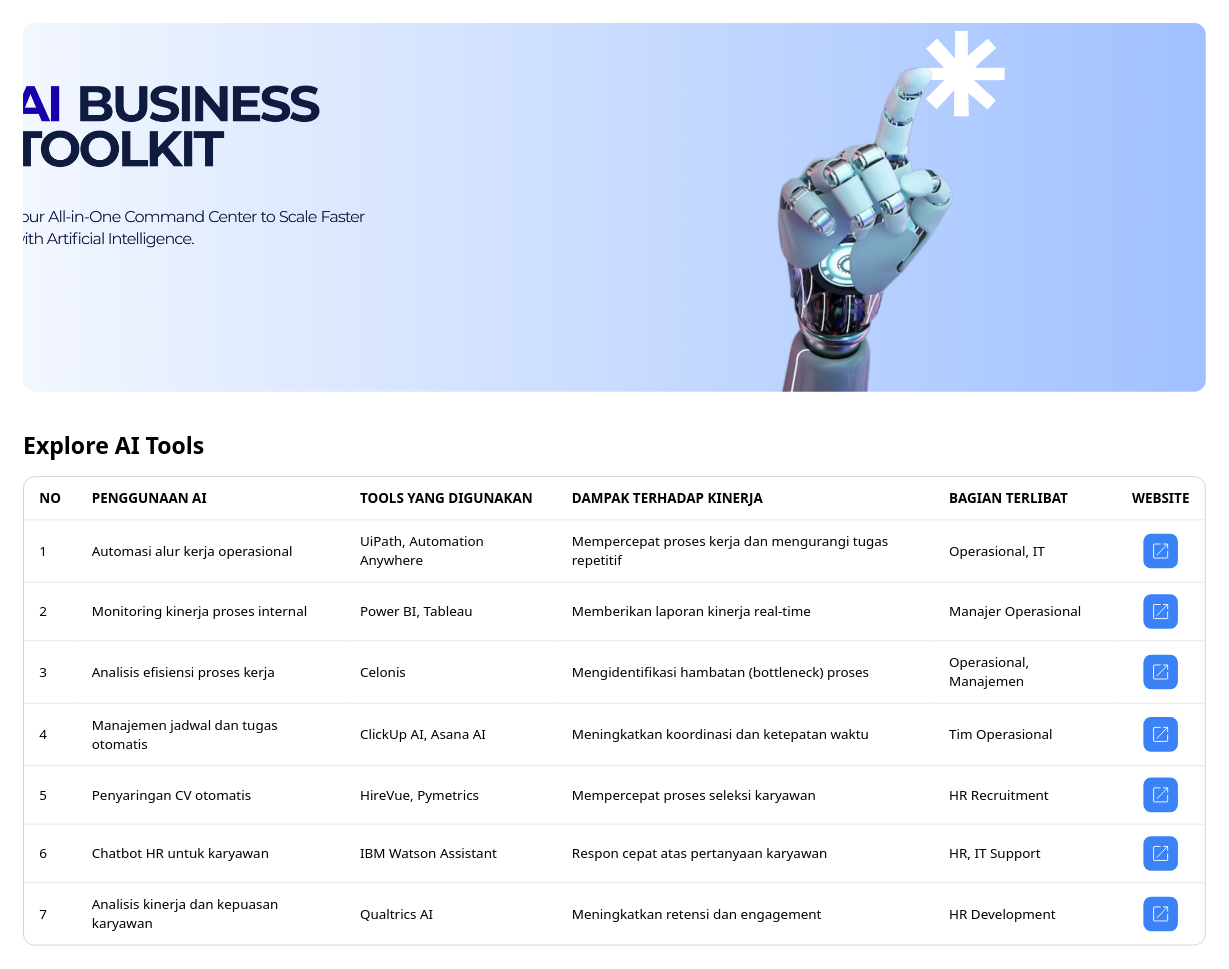
Repository: MUHAMADTEGARWIJAYA/AI-BUSINESS-TOOLKIT
Page: /ai/operasional
The author's editor kept a copy of each file at every save. The page is drawn from the files as they stood at one save, then again after the next save.
The browser window is 1280 px wide. The pictures show the whole page, at 96% of full size.
The project was rebuilt for these pictures with package versions that can differ from the ones it lists, and the page was loaded fresh each time. Also part of the build but not shown: vite.config.js, src/views/NamaFloating.vue, src/views/HomeView.vue.

Above is the page before, as saved 2026-01-07 15:43:28.

After the next save:
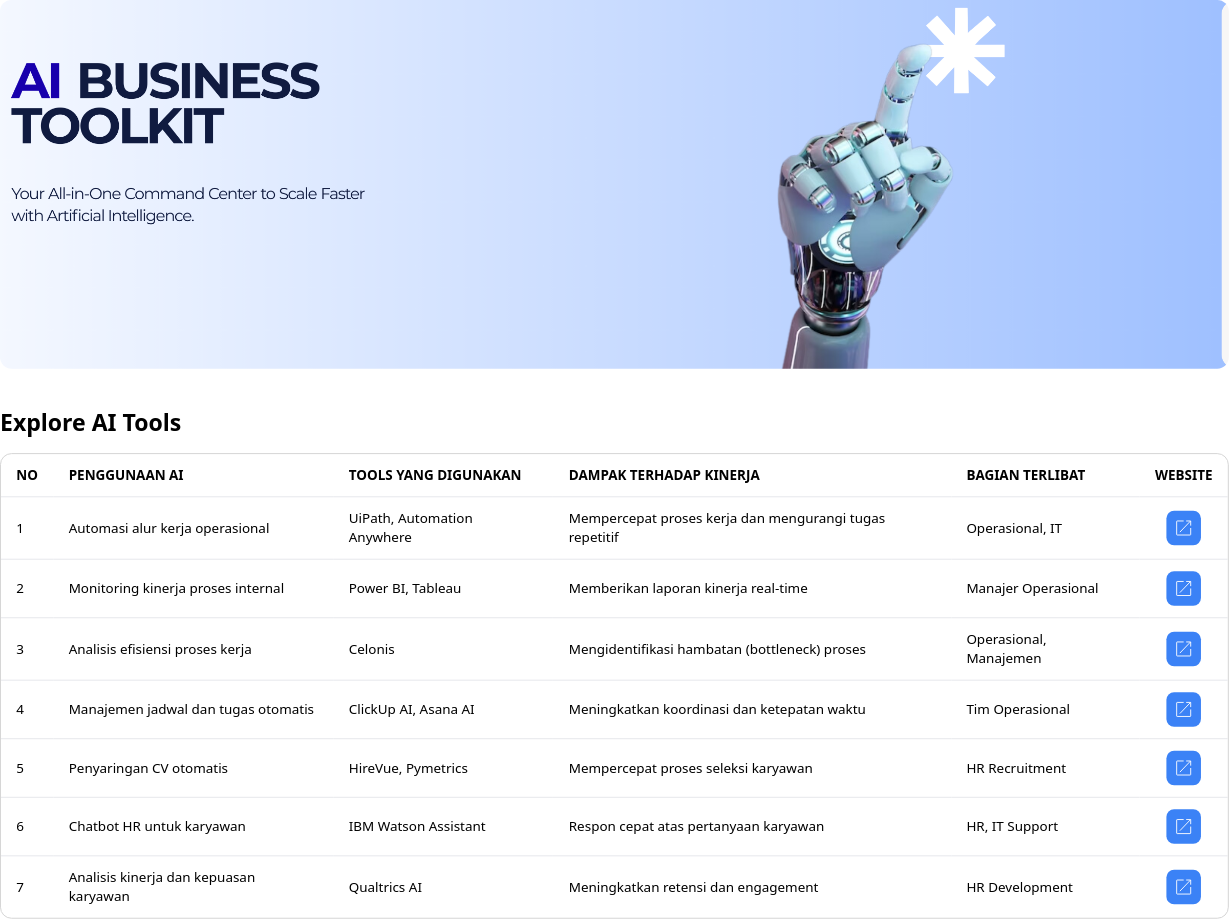
Saved 91 s later.
--- a/src/views/AiOperansional.vue
+++ b/src/views/AiOperansional.vue
@@ -3,7 +3,7 @@
 </script>
 
 <template>
-  <div class="min-h-screen bg-white p-6">
+  <div class="min-h-screen bg-white">
     <div class="w-full max-w-full mb-10">
       <!-- Background Image -->
       <div

After the save that followed:
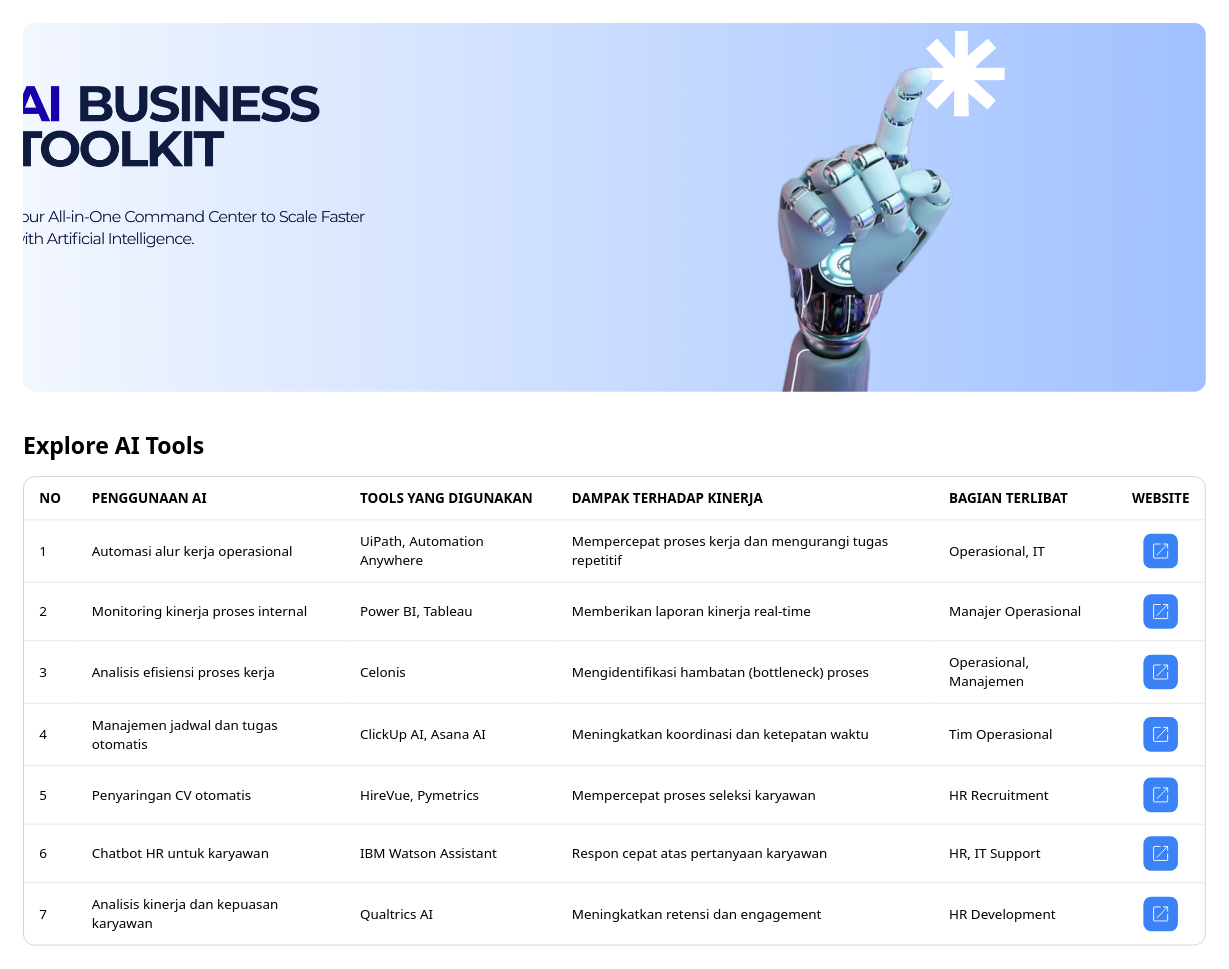
Saved 5 s later.
--- a/src/views/AiOperansional.vue
+++ b/src/views/AiOperansional.vue
@@ -3,7 +3,7 @@
 </script>
 
 <template>
-  <div class="min-h-screen bg-white">
+  <div class="min-h-screen bg-white p-6">
     <div class="w-full max-w-full mb-10">
       <!-- Background Image -->
       <div
